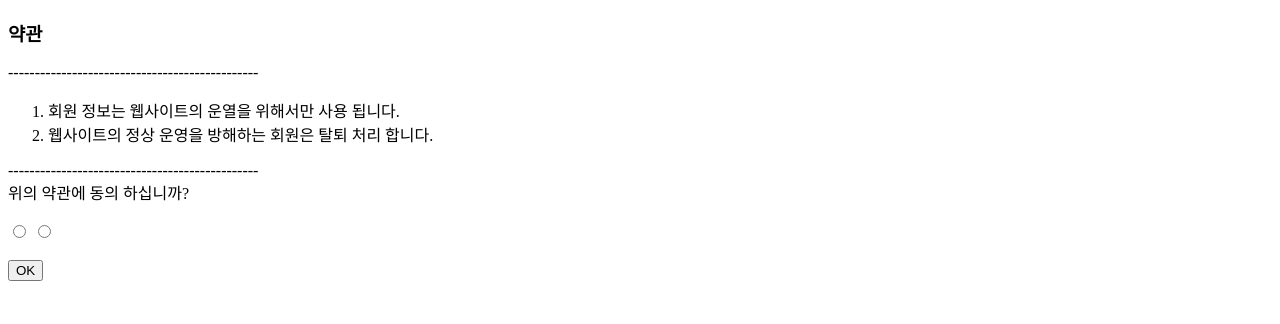
Repository: usonihs/StudyX
Page: http://localhost/Servlets/UserInsert_02.jsp
The author's editor kept a copy of each file at every save. The page is drawn from the files as they stood at one save, then again after the next save.
The browser window is 1280 px wide. The pictures show the whole page.
The page is served by Tomcat 9.

Above is the page before, as saved 2022-10-21 08:43:17.

After the next save:
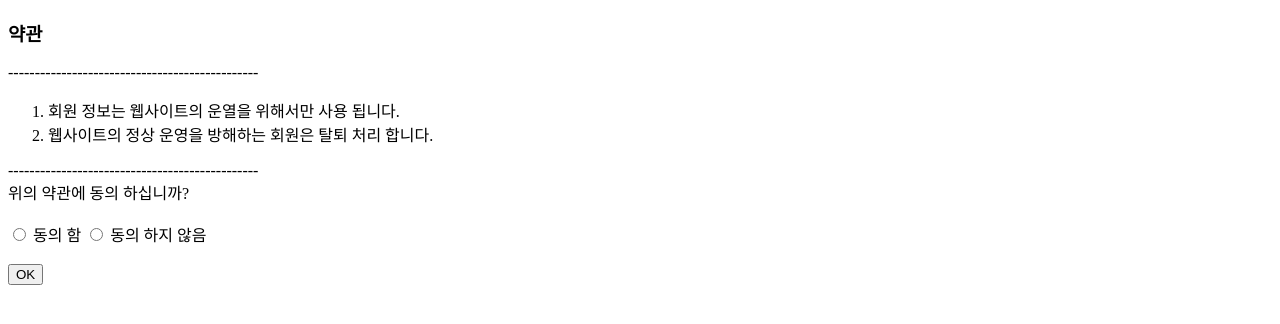
Saved 32 s later.
--- a/JSP/Servlets/src/main/webapp/UserInsert_02.jsp
+++ b/JSP/Servlets/src/main/webapp/UserInsert_02.jsp
@@ -33,8 +33,8 @@ session.setAttribute("NAME", name);
 위의 약관에 동의 하십니까?
 <br>
 <br>
-<input type="radio" name="YN" value="Yes">
-<input type="radio" name="YN" value="No">
+<input type="radio" name="YN" value="Yes"> 동의 함
+<input type="radio" name="YN" value="No"> 동의 하지 않음
 <br>
 <br>
 <input type="submit" value="OK">
